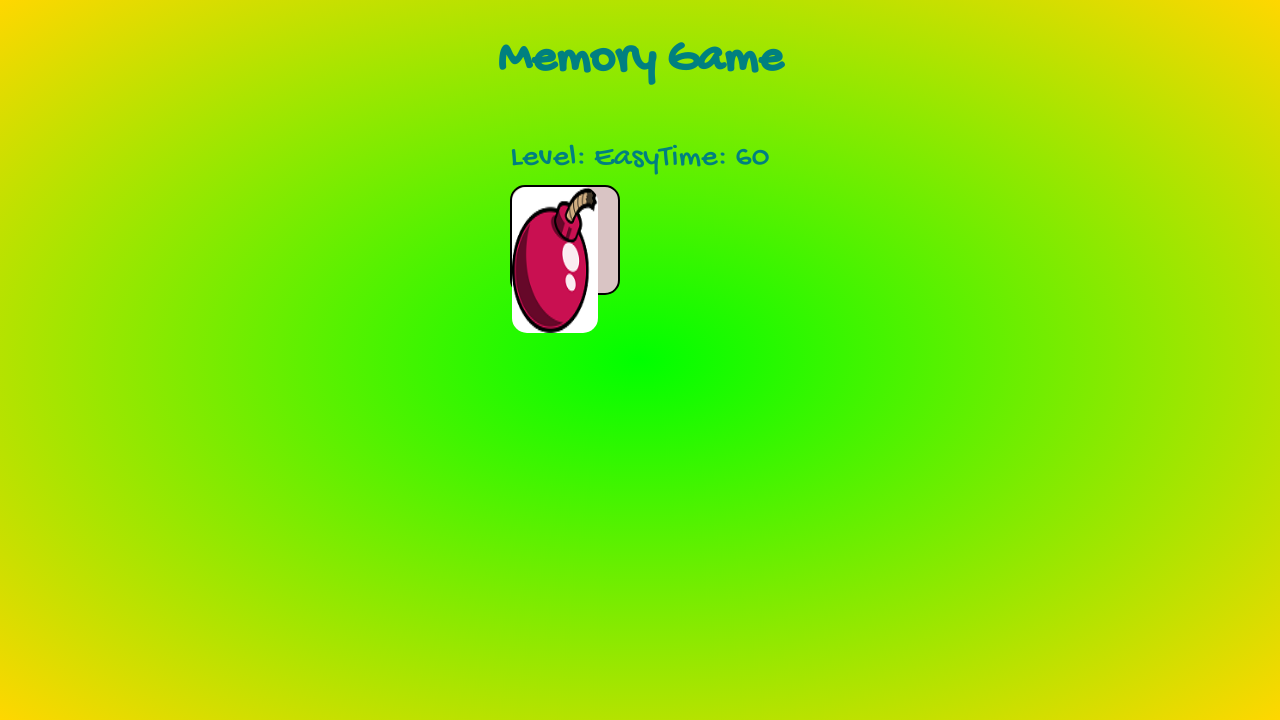
Repository: lauramika/Memory-Game
Page: index.html
The author's editor kept a record of every edit. The page is drawn from the files as they stood at one moment, then again after the next edit.
The browser window is 1280 px wide. The pictures show the whole page.

Above is the page before.

After the next edit:
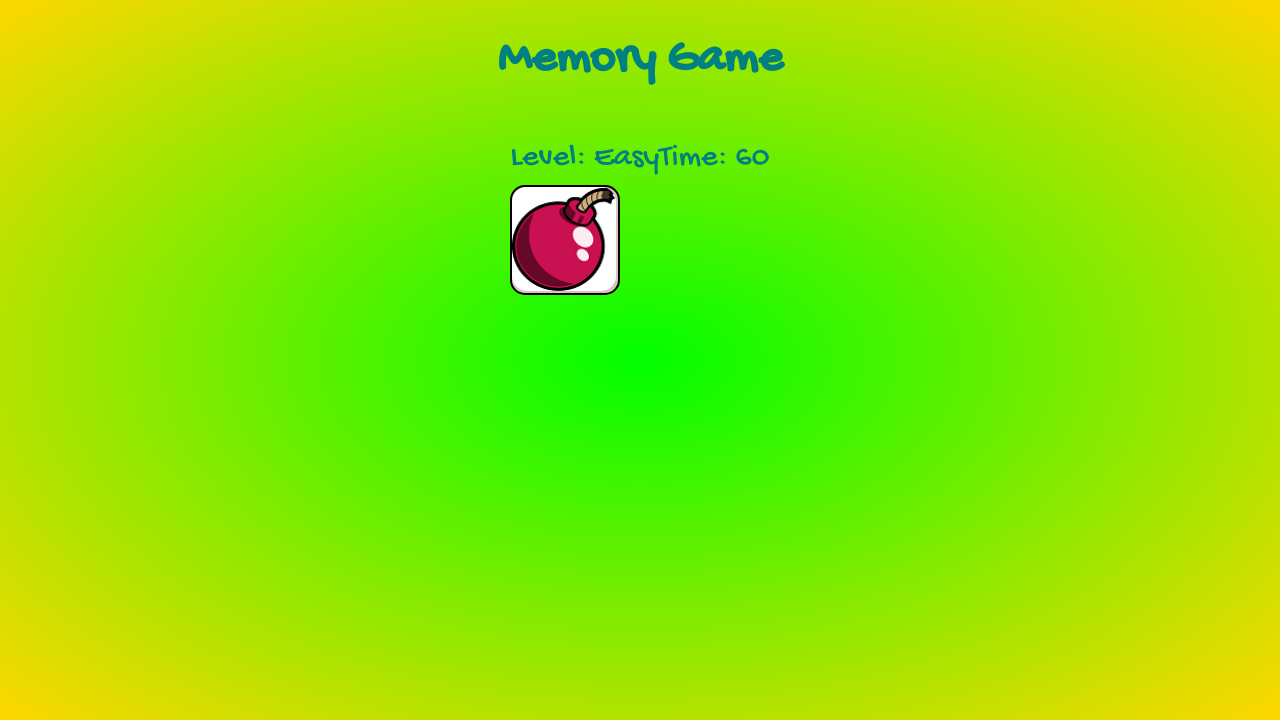
The edit:
--- a/style.css
+++ b/style.css
@@ -46,7 +46,7 @@
 }
 
 img {
-    height: 146px;
-    width: 86px;
+    height: 104px;
+    width: 104px;
     border-radius: 15px;
 }
